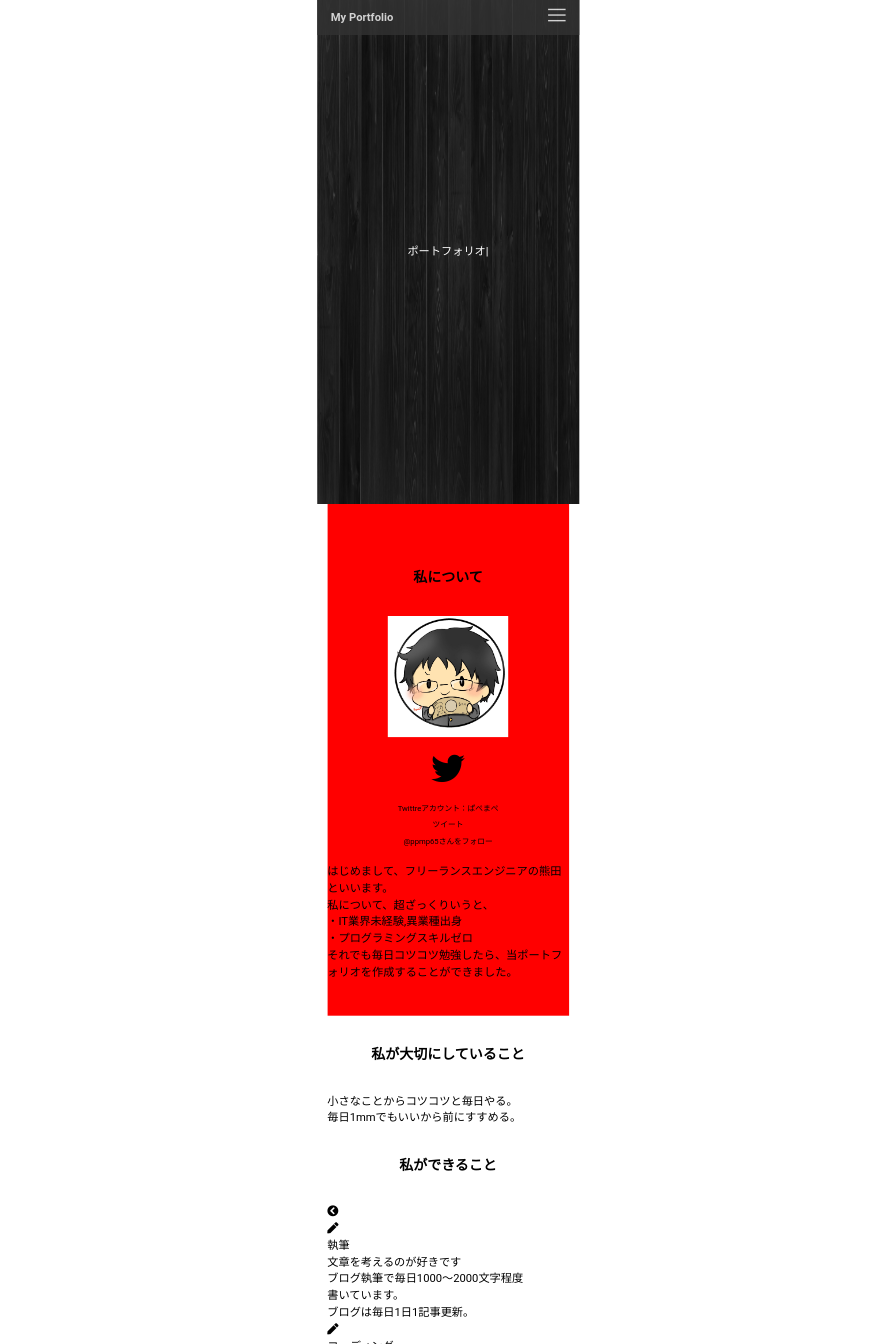
Repository: ppmp556/portfolio6
Page: index copy.html
These files come from the project's save history. The page is drawn as it stood at one moment and after the next save; the edit follows.
The browser window is 1280 px wide. The pictures show the part of the page from y = 0 to 1920 px (the page is 2989 px tall), at 70% of full size.
Some web libraries are served in a nearby version. The style sheet was rebuilt from its Sass, Less or Tailwind sources for each picture, by a compiler version that may differ from the author's.

Above is the page before, as saved 2020-10-11 21:03:04.
Console error: TypeError: Cannot read properties of null (reading 'addEventListener')

After the next save:
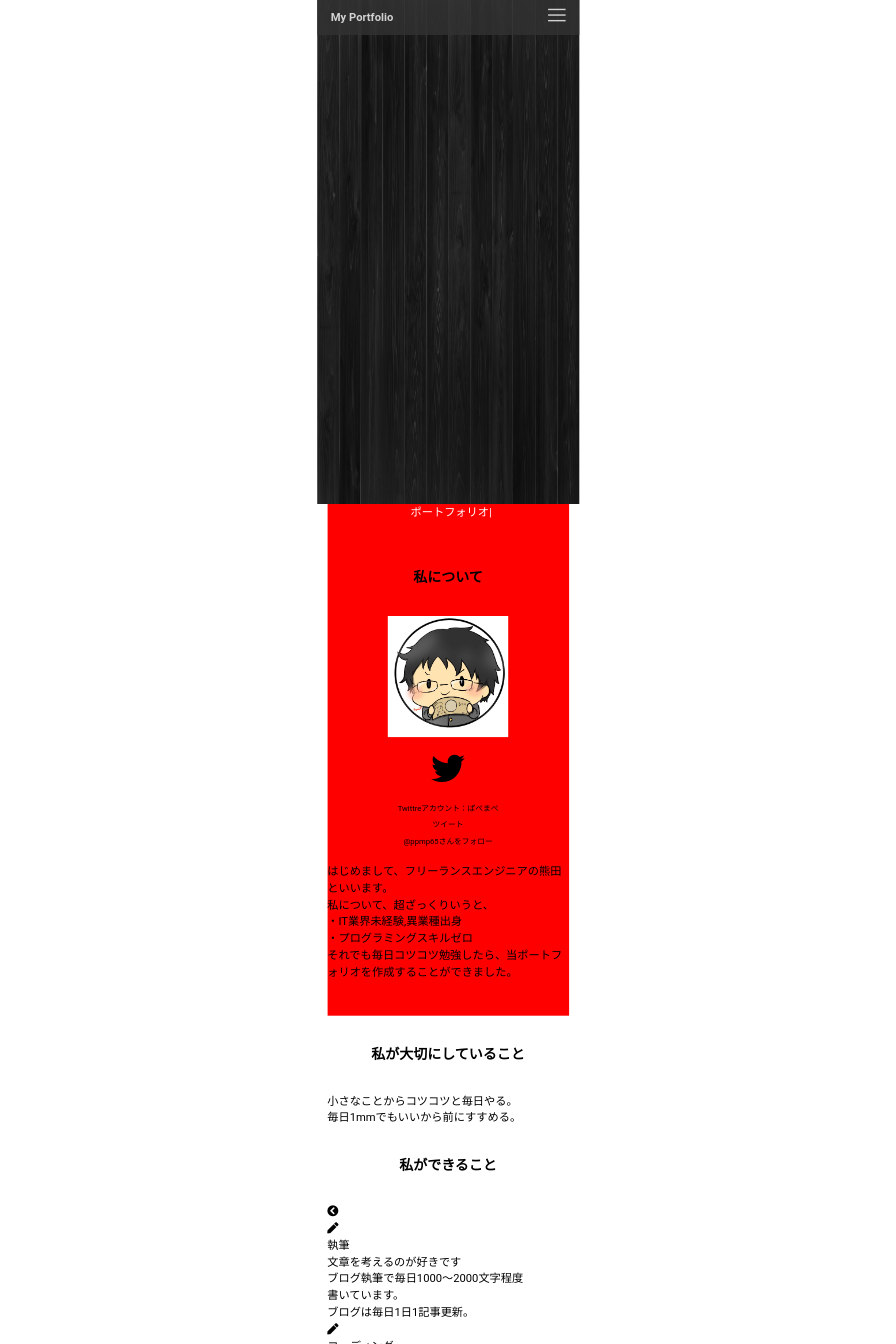
Saved 83 s later.
--- a/css/main.scss
+++ b/css/main.scss
@@ -139,11 +139,18 @@
         display: block;
     }
 
-    &_animetype {
+    &_wrapper {
         position: absolute;
         top: 50%;
         left: 50%;
         transform: translate(-50%, -50%);
+    }
+
+    &_animetype {
+        // position: absolute;
+        // top: 50%;
+        // left: 50%;
+        // transform: translate(-50%, -50%);
         color: $cWhite;
     }
 

After the save that followed:
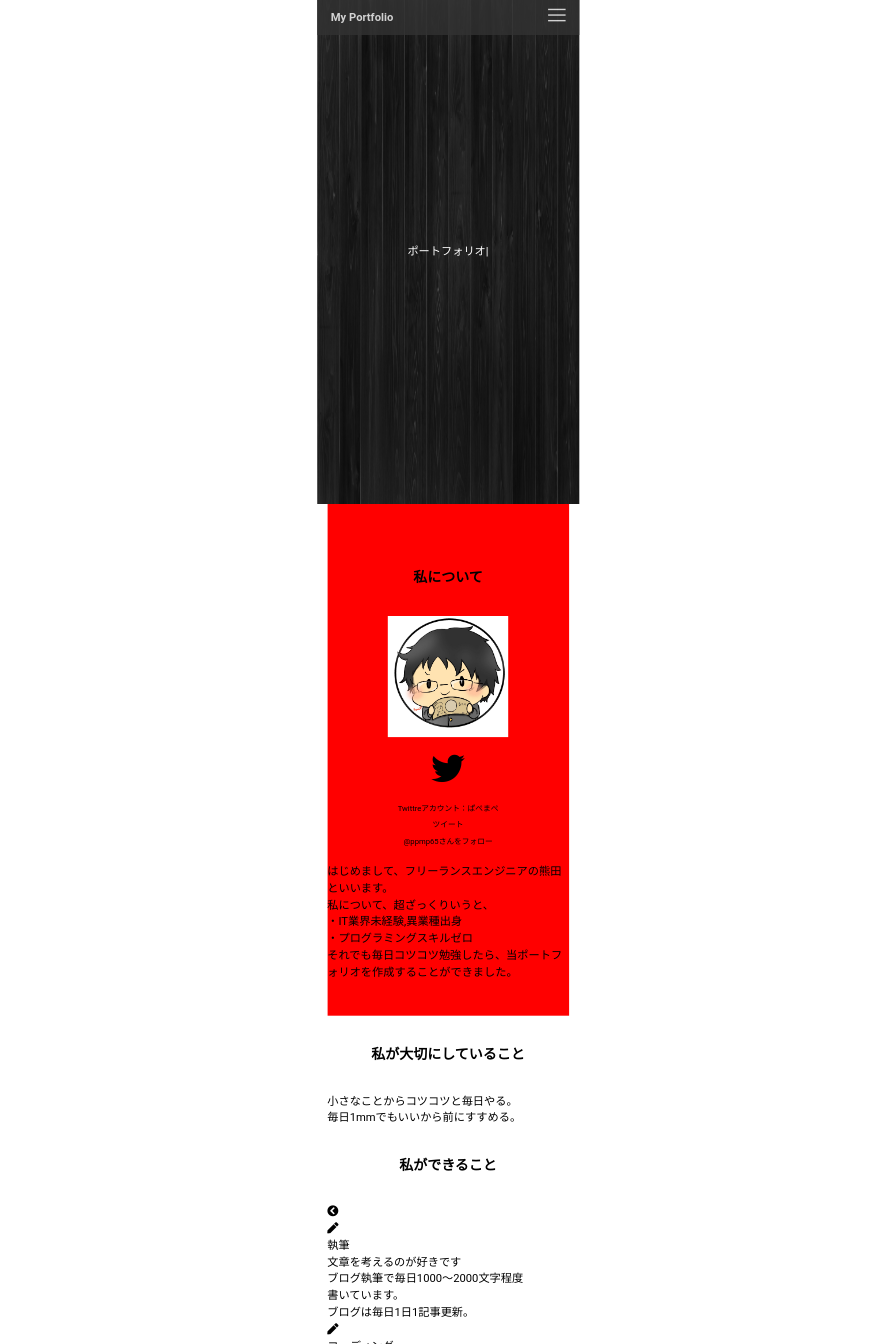
Saved 4 s later.
--- a/index copy.html
+++ b/index copy.html
@@ -25,9 +25,12 @@
           <!-- <img src="/images/3566338_s.jpg" alt="" class="kv_img"> -->
           <!-- <img src="/images/3566338_s.jpg" alt="" class="kv_img"> -->
           <!-- <img src="/images/3566338_s.jpg" alt="" class="kv_img"> -->
-          <p class="kv_animetype line_anime">
-              ポートフォリオ<span class="line_type">|</span>
-          </p><!-- /.kv_animetype -->
+          <div class="kv_wrapper">
+            <p class="kv_animetype line_anime">
+                ポートフォリオ<span class="line_type">|</span>
+            </p><!-- /.kv_animetype -->
+
+          </div><!-- /.kv_wrapper -->
         </div><!-- /.kv_container -->
       </div>
       <!-- /#kv.kv -->
